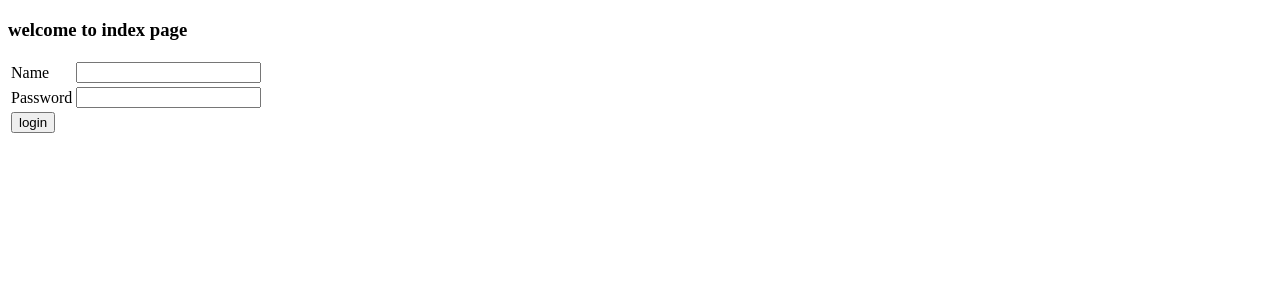
Repository: ShivrajMPujari/Spring_Rest
Page: http://localhost/SpringMVCdemo/
An editor plug-in stored every save of this project. The page is shown before and after the next save, followed by the edit.
The browser window is 1280 px wide. The pictures show the whole page.
The page is served by Tomcat 9. Other server files are loaded and not shown.

Above is the page before, as saved 2018-07-25 11:47:47.

### SpringMVCdemo/src/main/webapp/WEB-INF/views/index.jsp
<%@ taglib uri="http://java.sun.com/jsp/jstl/core" prefix="c" %>
<%@ page language="java" contentType="text/html; charset=UTF-8"
    pageEncoding="UTF-8"%>
<!DOCTYPE html>
<html>
<head>
<meta charset="UTF-8">
<title>Insert title here</title>
</head>
<body>

<h3>${message}</h3>

<form action="/home" method="get">

<table>
  <tr>
  <td> Name </td>
  <td> <input name="name" type="text"/></td>
  </tr>
  <tr>
  <td> Password </td>
  <td> <input name="mailId" type="email"/></td>
  </tr>
  <tr>
  <td colspan="2"><input type="submit" value="login"> </td>
  </tr>
</table>


</form>

</body>
</html>

After the next save:
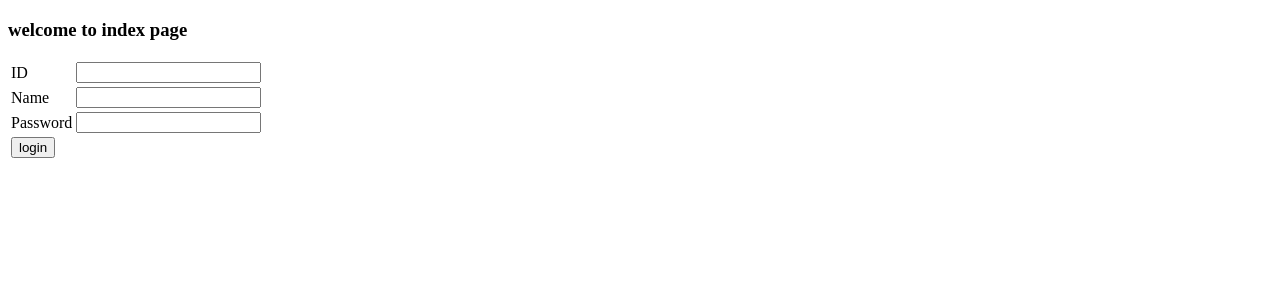
Saved 94 s later.
--- a/SpringMVCdemo/src/main/webapp/WEB-INF/views/index.jsp
+++ b/SpringMVCdemo/src/main/webapp/WEB-INF/views/index.jsp
@@ -14,6 +14,11 @@
 <form action="/home" method="get">
 
 <table>
+
+  <tr>
+	<td>ID</td>
+	<td><input name="ID" type="text"/></td>
+  </tr>
   <tr>
   <td> Name </td>
   <td> <input name="name" type="text"/></td>
